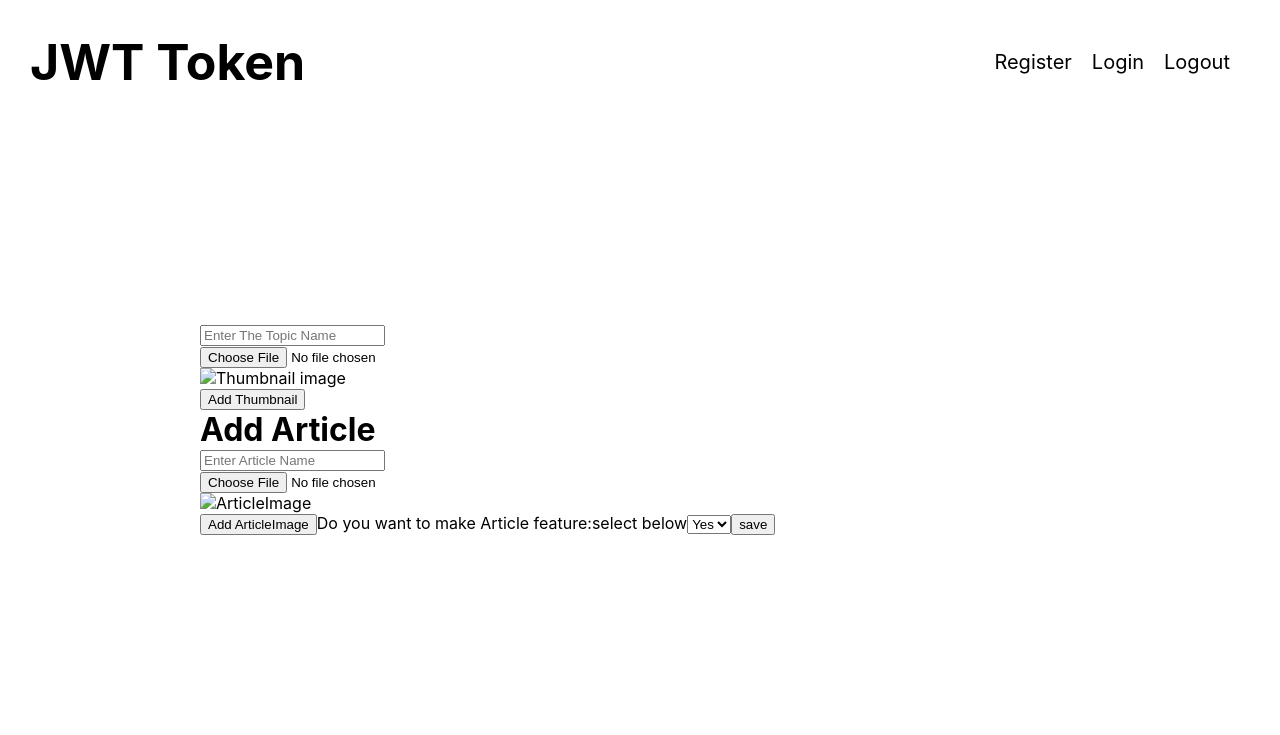
Repository: Prafullkuma/jwttoken
Page: /admin
The author's editor kept a copy of each file at every save. The page is drawn from the files as they stood at one save, then again after the next save.
The browser window is 1280 px wide. The pictures show the whole page.
The project was rebuilt for these pictures with package versions that can differ from the ones it lists, and the page was loaded fresh each time. Also part of the build but not shown: src/App.css, src/component/Auth/Signup.js, src/component/Auth/Signin.js, src/component/User/User.js, src/component/Home/Home.js, src/component/Auth/Logout.js.

Above is the page before, as saved 2020-08-22 21:46:35.

### src/App.js
import React from 'react';
import { BrowserRouter, Route } from 'react-router-dom'
import './App.css';
import Navbar from './component/Navbar'
import Signup from './component/Auth/Signup';
import Signin from './component/Auth/Signin';
import User from './component/User/User';
import Dashboard from './component/Admin/Dashboard';
import Home from './component/Home/Home';
import Logout from './component/Auth/Logout'
function App() {
  return (
    <div className="App">
      <BrowserRouter>
        <Navbar />
        <Route path="/signup" component={Signup} />
        <Route path="/signin" component={Signin} />
        <Route path="logout" component={Logout} />
        <Route path="/user" component={User} />
        <Route path="/admin" component={Dashboard} />
        <Route exact path="/" component={Home} />
      </BrowserRouter>
    </div>
  );
}

export default App;

### src/component/Navbar.js
import React from 'react'
import { Link } from 'react-router-dom'
import './Navbar.css'
function Navbar() {
    return (
        <div>
            <section className="Nav">
                <h1> <Link to="/">JWT Token</Link></h1>
                <nav className="navbar-items">
                    <ul>
                        <li><Link to="/signup">Register</Link></li>
                        <li><Link to="/signin">Login</Link></li>
                        <li><Link to="/">Logout</Link></li>
                    </ul>

                </nav>
            </section>
        </div>
    )
}

export default Navbar

### src/component/Admin/Dashboard.js
import React, { useState } from 'react'
import './Dashboard.css'
function Dashboard() {
    const [topic, setTopic] = useState('')
    const [thumbnail, setThumbnail] = useState()
    const [title, setTitle] = useState('')
    const [articleImage, setArticleImage] = useState('')
    const [feature, setFeature] = useState('')
    const [flag, setFlag] = useState(false)
    const addThumbnail = (e) => {
        console.log(e.target.file)
    }
    const addArticleImage = () => {

    }
    const saveAllData = () => {

    }
    return (
        <div className="Dashboard">
            <div className="Topic_name">
                <input type="text"
                    value={topic}
                    onChange={e => setTopic(e.target.value)}
                    placeholder="Enter The Topic Name" />
                <br />
                <input type="file"
                    value={thumbnail}
                    onChange={e => setThumbnail(e.target.value)} /><br />
                <img src="" alt="Thumbnail image" /><br />
                <button onClick={addThumbnail}> Add Thumbnail</button>

            </div>
            <div className="ArticleName">
                <h1> Add Article</h1>
                <input type="text"
                    value={title}
                    placeholder="Enter Article Name"
                    onChange={e => setTitle(e.target.value)} />
                <br />
                <input type="file"
                    value={articleImage}
                    onChange={e => setArticleImage(e.target.value)} /><br />
                <img src="" alt="ArticleImage" /><br />
                <button onClick={addArticleImage}> Add ArticleImage</button>
                <span>Do you want to make Article feature:select below</span>
                <select value={feature} onChange={e => setFeature(e.target.value)}>
                    <option selected value={true}>Yes</option>
                    <option value={false}>No</option>
                </select>

                <button type="submit" onClick={saveAllData}> save</button>
            </div>

        </div>
    )
}

export default Dashboard

### src/component/Navbar.css
.Nav{
display: flex;
align-items: center;
justify-content: space-between;
padding: 30px;
}
ul,li{
    list-style: none;
    float: left;
    margin: 10px;
    font-size: 20px;
}
.Nav h1{
    font-size: 50px;
}
.Nav a{
    text-decoration: none;
    color:black
}
.navbar-items{
    display: flex;
}

### src/component/Admin/Dashboard.css
.Dashboard{
    margin-top: 100px;
    display: flex;
    flex-direction: column;
    margin: 200px 200px;
}

Loaded but not shown: src/index.js (common file); src/index.css (common file)

After the next save:
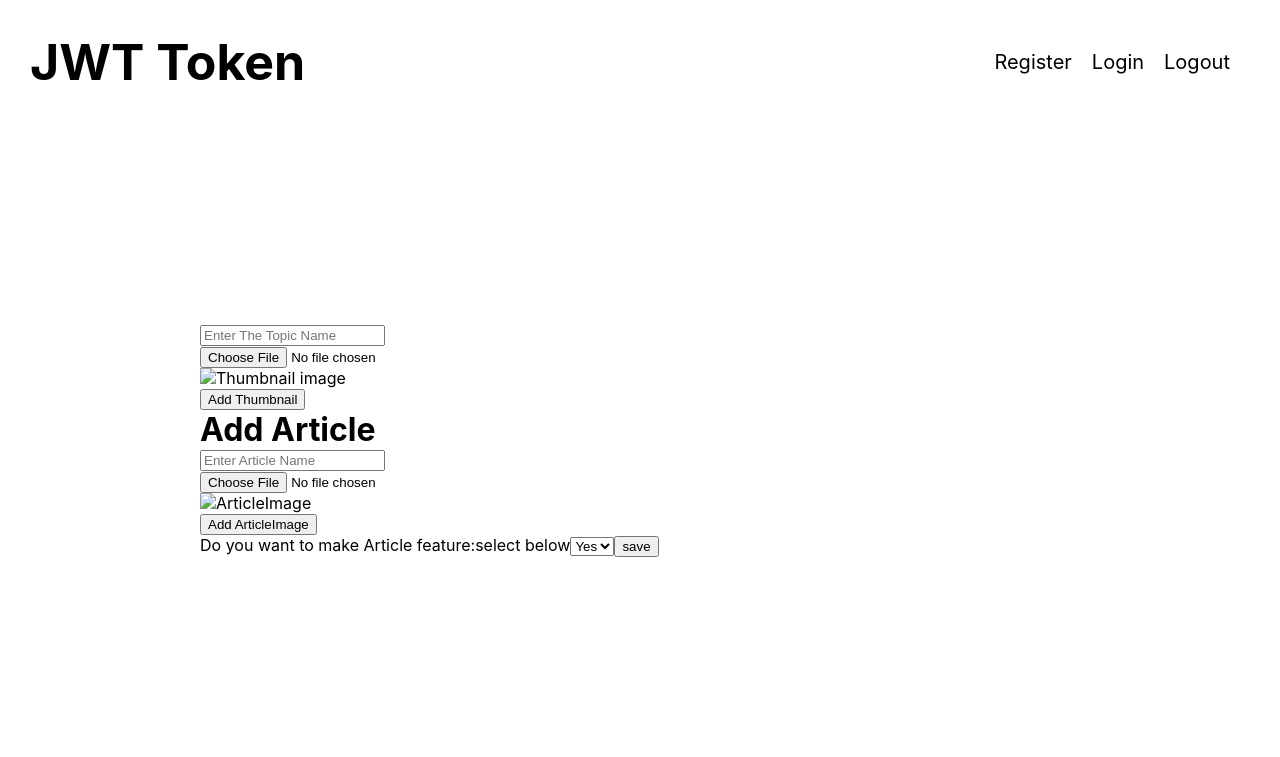
Saved 5 s later.
--- a/src/component/Admin/Dashboard.js
+++ b/src/component/Admin/Dashboard.js
@@ -42,7 +42,7 @@ function Dashboard() {
                     value={articleImage}
                     onChange={e => setArticleImage(e.target.value)} /><br />
                 <img src="" alt="ArticleImage" /><br />
-                <button onClick={addArticleImage}> Add ArticleImage</button>
+                <button onClick={addArticleImage}> Add ArticleImage</button><br />
                 <span>Do you want to make Article feature:select below</span>
                 <select value={feature} onChange={e => setFeature(e.target.value)}>
                     <option selected value={true}>Yes</option>
